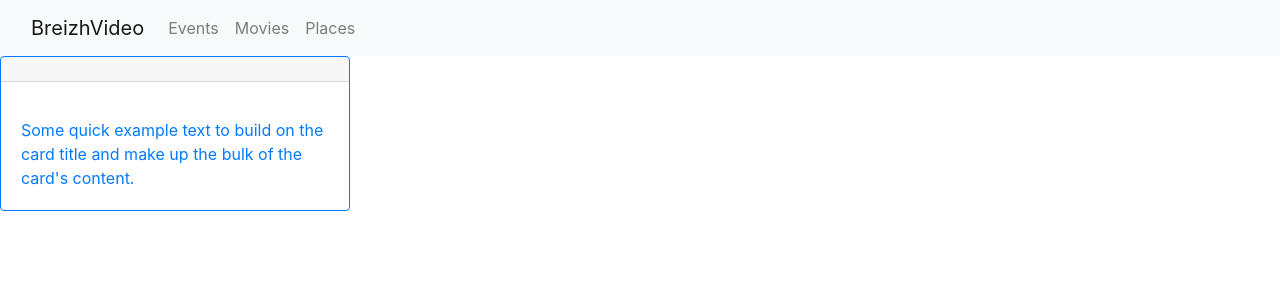
Repository: romgrm/Hackaton_BreizhVideo_FRONT
Page: /Movies
The author's editor kept a copy of each file at every save. The page is drawn from the files as they stood at one save, then again after the next save.
The browser window is 1280 px wide. The pictures show the whole page.
The page's requests for data from a server got no answer. The project was rebuilt for these pictures with package versions that can differ from the ones it lists, and the page was loaded fresh each time. No one was signed in, and anything a server would have sent is missing. Also part of the build but not shown: src/Components/Events.js, src/Components/Village.js.

Above is the page before, as saved 2020-12-21 16:10:47.

After the next save:
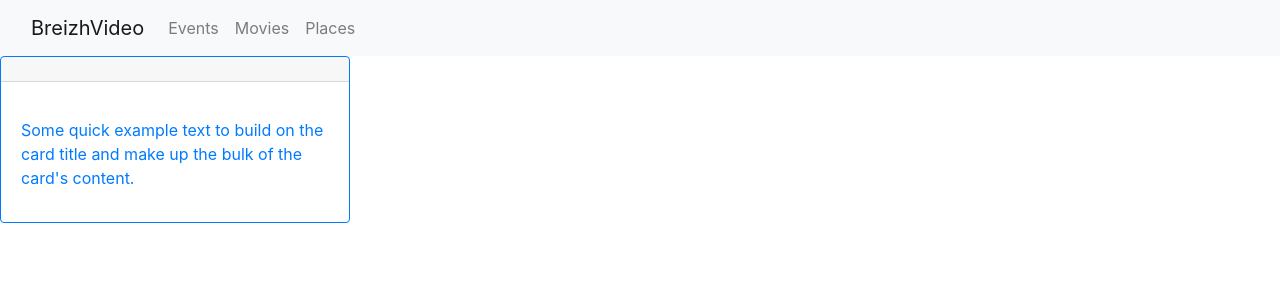
Saved 73 s later.
--- a/src/Components/Films.js
+++ b/src/Components/Films.js
@@ -30,7 +30,7 @@ export default function Films() {
                     <p class="card-text">{film.map((current) => (
                     current.description
                     ))}</p>
-                    <p class="card-text">Some quick example text to build on the card title and make up the bulk of the card's content.</p>
+                    <p class="card-title">Some quick example text to build on the card title and make up the bulk of the card's content.</p>
                 </div>
             </div>
             </div>
